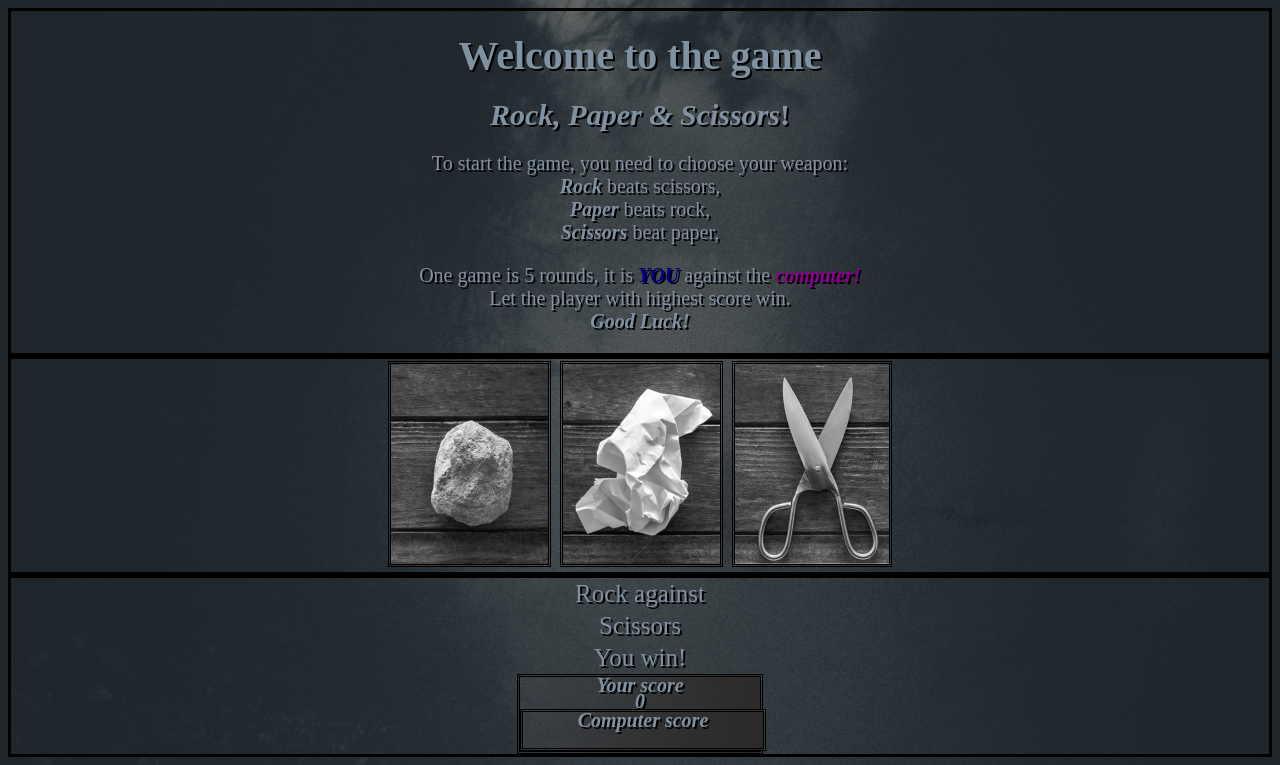
Repository: agneta1991/rock-paper-scissors
Page: Desktop/coding/index2.html
The author's editor kept a copy of each file at every save. The page is drawn from the files as they stood at one save, then again after the next save.
The browser window is 1280 px wide. The pictures show the whole page.
After loading, the first visible `button.Rock` was clicked once.

Above is the page before, as saved 2023-03-06 08:37:57.

### Desktop/coding/index2.html
<!DOCTYPE html>
<html lang="en">
<head>
    <meta charset="UTF-8">
    <title>Rock Paper Scissors</title>
    <link rel="styleSheet" href='styles.css'>
</head>
<body>
    <script src="js.js" defer></script>
    <div class="container1">
        <div class="title">
            <h1>Welcome to the game </h1>
            <h2><span>Rock, Paper & Scissors</span>!</h2>
            <p>To start the game, you need to choose your weapon:<br>
            <span>Rock</span> beats scissors, <br>
            <span>Paper</span> beats rock, <br>
            <span>Scissors</span> beat paper,</p>
            <p>One game is 5 rounds, it is <span style="color: darkblue">YOU</span> against the <span style="color: darkmagenta">computer!</span><br>
            Let the player with highest score win.<br>
        <span>Good Luck!</span></p>
        </div>
    </div>
    <div class ="container2">
        <div class="options">
            <button class="Rock"> <img src='images/rock.png'></button>
            <button class="Paper"><img src='images/paper.png'></button>
            <button class="Scissors"><img src='images/scissors.png'></button>
        </div>
    </div>
    <div class="container3">
        <div id="playerChoice"></div><div id="computerChoice"></div>
        <div id="msg"></div>
        <div class="score">
            <div class="playerScore"><span>Your score<span></span>
            <div id="displayedPlayerScore"></p></div>
            <div class="computerScore"><span>Computer score<span></span>
            <div id="displayedComputerScore"></p></div></div>
        </div>
    </div>
</body>
</html>

### Desktop/coding/styles.css
body{
    background-image: url('images/background.jpg');
    background-size:100%;
}
h1, h2{
    line-height: 90%;
}

.container1, .container2, .container3{
    border: solid black;
    color: rgb(128, 146, 161);
    text-shadow: 2px 2px black;
    font-size: 20px;
}
span{
    font-weight: bold;
    font-style: italic;
}
.container1{
    display: flex;
    justify-content: center;
    text-align: center;
}


img{
    width: auto ;
    height: 200px ;
    border-style: double;
}

.container2 {
    display: flex;
    justify-content: center;
    gap: 8px;
}
button{
    background-color: transparent;
    padding: 0%;
    border-color: transparent;
}


img {
    -webkit-filter:
    grayscale(100%);
    filter:grayscale(100%);
    -webkit-transition: .2s
    ease-in-out;
    transition: .2s ease-in-out;

}

img:hover {
    -webkit-filter:grayscale(0);
    filter:grayscale(0);

}

.playerScore, .computerScore {
    line-height: 80%;
    border: black;
    width: 240px;
    border-style: double;
    background-image: linear-gradient(to right, rgba(156, 146, 146, 0.055),rgb(44, 42, 42) );
}

.score{
    display: flex;
    justify-content: center;
    text-align: center;
    gap: 5px;

}

#playerChoice, #computerChoice, #msg{
    display: flex;
    justify-content: center;
    text-align: center;
    padding: 2px;
    font-size: 25px;
    display: flex;
    justify-content: center;
    text-align: center;
}

### Desktop/coding/js.js
const choice = ['Rock', 'Paper', 'Scissors'];
const computerChoice = choice[Math.floor(Math.random()*choice.length)];


function round() {
const btn = document.querySelectorAll('button');


function oneClick(){
    btn.forEach((individualBtn)=>{
    individualBtn.addEventListener('click', ()=>{
        document.getElementById ('playerChoice').innerHTML = individualBtn.className + ' against '
        document.getElementById('computerChoice').innerHTML = computerChoice;
        let clicked = individualBtn.className;
        console.log(clicked);


            let msgComp = 'Computer wins!';
            let msgPlay = 'You win!';
            let msgT = "it's a tie!";
            let playerScore=0;
            let computerScore=0;

         if (clicked === 'Rock' && computerChoice === 'Paper'){
            document.getElementById('msg').innerHTML= msgComp;
            ++computerScore;
            document.getElementById('displayedComputerScore').innerHTML = computerScore;
            } else if (clicked==='Paper' && computerChoice ==='Scissors'){
            document.getElementById('msg').innerHTML= msgComp;
            ++computerScore;
            document.getElementById('displayedComputerScore').innerHTML = computerScore;
            } else if (clicked === 'Scissors' && computerChoice==='Rock'){
            ++computerScore;
            document.getElementById('displayedComputerScore').innerHTML = computerScore;
            document.getElementById('msg').innerHTML= msgComp;
            } else if (clicked=== 'Paper' && computerChoice==='Rock'){
            ++playerScore;
            document.getElementById('displayedPlayerScore').innerHTML = computerScore;
            document.getElementById('msg').innerHTML= msgPlay;
            } else if(clicked === 'Scissors' && computerChoice === 'Paper'){
            ++playerScore;
            document.getElementById('displayedPlayerScore').innerHTML = computerScore;
            document.getElementById('msg').innerHTML= msgPlay;
            } else if (clicked === 'Rock' && computerChoice==='Scissors'){
            ++playerScore;
            document.getElementById('displayedPlayerScore').innerHTML = computerScore;
            document.getElementById('msg').innerHTML= msgPlay;

            } else document.getElementById('msg').innerHTML= msgT;


    });
});
}
oneClick();


}

round();

After the next save:
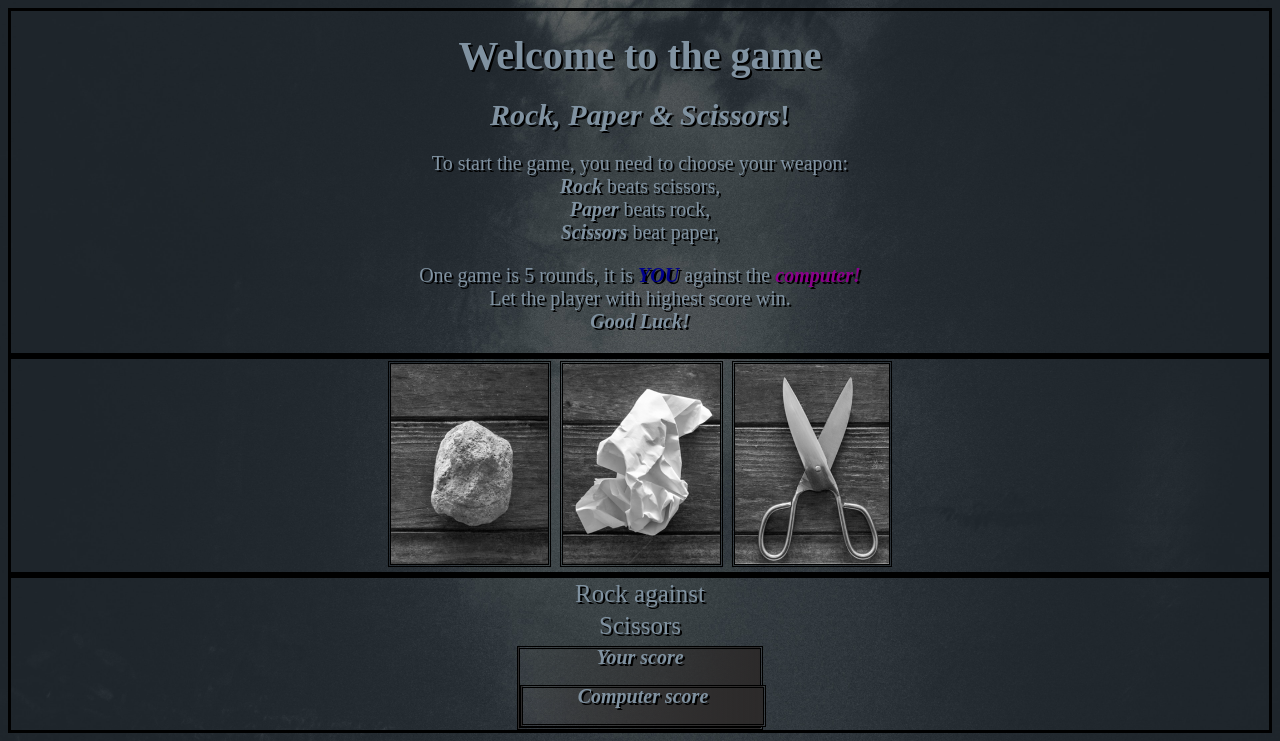
Console error: ReferenceError: playerrScore is not defined
Saved 2 min 55 s later.
--- a/Desktop/coding/js.js
+++ b/Desktop/coding/js.js
@@ -25,28 +25,36 @@ function oneClick(){
             document.getElementById('msg').innerHTML= msgComp;
             ++computerScore;
             document.getElementById('displayedComputerScore').innerHTML = computerScore;
+            document.getElementById('displayedPlayerScore').innerHTML = playerScore;
             } else if (clicked==='Paper' && computerChoice ==='Scissors'){
             document.getElementById('msg').innerHTML= msgComp;
             ++computerScore;
-            document.getElementById('displayedComputerScore').innerHTML = computerScore;
+            document.getElementById('displayedComputerScore').innerHTML = computerScore;            document.getElementById('displayedPlayerScore').innerHTML = computerScore;
+            document.getElementById('displayedPlayerScore').innerHTML = playererScore;
             } else if (clicked === 'Scissors' && computerChoice==='Rock'){
             ++computerScore;
-            document.getElementById('displayedComputerScore').innerHTML = computerScore;
+            document.getElementById('displayedComputerScore').innerHTML = computerScore;            document.getElementById('displayedPlayerScore').innerHTML = computerScore;
+            document.getElementById('displayedPlayerScore').innerHTML = playerScore;
             document.getElementById('msg').innerHTML= msgComp;
             } else if (clicked=== 'Paper' && computerChoice==='Rock'){
             ++playerScore;
-            document.getElementById('displayedPlayerScore').innerHTML = computerScore;
+            document.getElementById('displayedPlayerScore').innerHTML = playerrScore;            document.getElementById('displayedPlayerScore').innerHTML = computerScore;
+            document.getElementById('displayedComputerScore').innerHTML = computerScore;
             document.getElementById('msg').innerHTML= msgPlay;
             } else if(clicked === 'Scissors' && computerChoice === 'Paper'){
             ++playerScore;
-            document.getElementById('displayedPlayerScore').innerHTML = computerScore;
+            document.getElementById('displayedPlayerScore').innerHTML = playerrScore;            document.getElementById('displayedPlayerScore').innerHTML = computerScore;
+            document.getElementById('displayedComputerScore').innerHTML = computerScore;
             document.getElementById('msg').innerHTML= msgPlay;
             } else if (clicked === 'Rock' && computerChoice==='Scissors'){
             ++playerScore;
-            document.getElementById('displayedPlayerScore').innerHTML = computerScore;
+            document.getElementById('displayedPlayerScore').innerHTML = playerrScore;            document.getElementById('displayedPlayerScore').innerHTML = computerScore;
+            document.getElementById('displayedComputerScore').innerHTML = computerScore;
             document.getElementById('msg').innerHTML= msgPlay;
 
             } else document.getElementById('msg').innerHTML= msgT;
+            document.getElementById('displayedPlayerScore').innerHTML = playerrScore;            document.getElementById('displayedPlayerScore').innerHTML = computerScore;
+            document.getElementById('displayedComputerScore').innerHTML = computerScore;
 
 
     });
